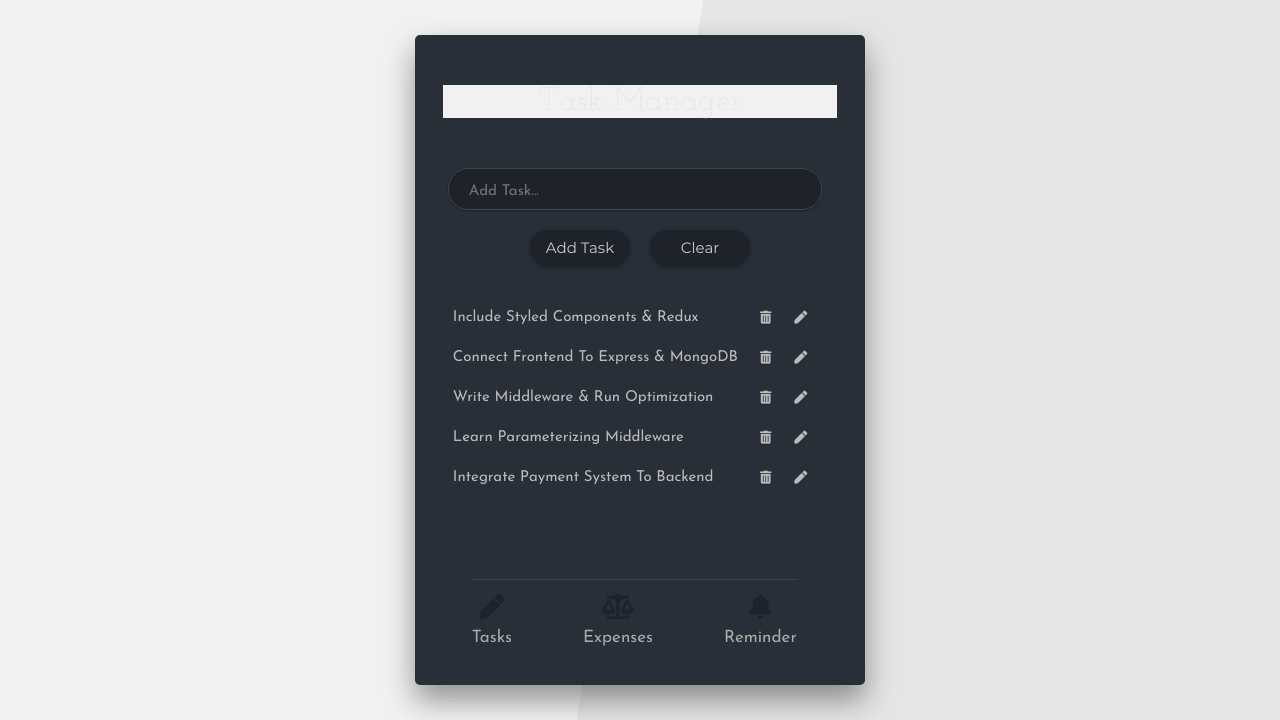
Repository: Kol124/react-task-manager
Page: /
The author's editor kept a copy of each file at every save. The page is drawn from the files as they stood at one save, then again after the next save.
The browser window is 1280 px wide. The pictures show the whole page.
The project was rebuilt for these pictures with package versions that can differ from the ones it lists, and the page was loaded fresh each time. Also part of the build but not shown: src/components/Expenses/Expenses.js, src/components/Reminder/Reminder.js.

Above is the page before, as saved 2021-06-24 16:42:38.

### public/index.html
<!DOCTYPE html>
<html lang="en">
  <head>
    <meta charset="utf-8" />
    <link rel="icon" href="%PUBLIC_URL%/favicon.ico" />
    <meta name="viewport" content="width=device-width, initial-scale=1" />
    <meta name="theme-color" content="#000000" />
    <meta
      name="description"
      content="Web site created using create-react-app"
    />
    <link rel="apple-touch-icon" href="%PUBLIC_URL%/logo192.png" />
    <!--
      manifest.json provides metadata used when your web app is installed on a
      user's mobile device or desktop. See https://developers.google.com/web/fundamentals/web-app-manifest/
    -->
    <link rel="manifest" href="%PUBLIC_URL%/manifest.json" />
    <!--
      Notice the use of %PUBLIC_URL% in the tags above.
      It will be replaced with the URL of the `public` folder during the build.
      Only files inside the `public` folder can be referenced from the HTML.

      Unlike "/favicon.ico" or "favicon.ico", "%PUBLIC_URL%/favicon.ico" will
      work correctly both with client-side routing and a non-root public URL.
      Learn how to configure a non-root public URL by running `npm run build`.
    -->
    <link rel="stylesheet" href="all.min.css" />
    <title>React App</title>
  </head>
  <body>
    <noscript>You need to enable JavaScript to run this app.</noscript>
    <div id="root"></div>
    <!--
      This HTML file is a template.
      If you open it directly in the browser, you will see an empty page.

      You can add webfonts, meta tags, or analytics to this file.
      The build step will place the bundled scripts into the <body> tag.

      To begin the development, run `npm start` or `yarn start`.
      To create a production bundle, use `npm run build` or `yarn build`.
    -->
  </body>
</html>

### src/App.js
import "./App.css";
import React, { useContext } from "react";
import { BrowserRouter as Router, Switch, Route } from "react-router-dom";
import Header from "./components/Header";
import TaskForm from "./components/TaskForm";
import TaskList from "./components/TaskList";
import TaskContextProvider from "./context/TaskContext";
import ThemeContextProvider from "./context/ThemeContext";
// import { ThemeContext } from "./context/ThemeContext";
import Expenses from "./components/expenses/Expenses";
import Reminder from "./components/reminder/Reminder";
import Footer from "./components/Footer";

function App() {
  return (
    <Router>
      <ThemeContextProvider>
        <TaskContextProvider>
          <div className="container">
            <div className="app-wrapper">
              <Header />
              <Switch>
                <Route exact path="/">
                  <div className="main">
                    <TaskForm />
                    <TaskList />
                  </div>
                </Route>

                <Route path="/expenses">
                  <Expenses />
                </Route>

                <Route path="/reminder">
                  <Reminder />
                </Route>
              </Switch>
              <Footer />
            </div>
          </div>
        </TaskContextProvider>
      </ThemeContextProvider>
    </Router>
  );
}

export default App;

### src/App.css
@import url("fonts.css");

* {
  margin: 0;
  padding: 0;
  box-sizing: inherit;
}

html {
  box-sizing: border-box;
  font-size: 62.5%;
}

.container {
  width: 100%;
  height: 100vh;
  display: flex;
  align-items: center;
  justify-content: center;
  background: linear-gradient(100deg, #f1f1f1 50%, #e5e5e5 0);
}

.app-wrapper {
  background-color: #292f38;
  padding: 2.5rem 2.8rem;
  position: relative;
  width: 45rem;
  height: 65rem;
  border-radius: 5px;
  box-shadow: 0 15px 30px rgba(0, 0, 0, 0.4);
}

.header .main-header {
  font-family: "Josefin Slab", serif;
  text-align: center;
  font-size: 3.3rem;
  color: #e5e5e5;
  font-weight: 300;
  margin: 2.5rem 2rem 5rem 2rem;
}

.main {
  display: flex;
  flex-direction: column;
  align-items: space-between;
  margin-bottom: 3.5rem;
  width: 100%;
}

.form {
  display: flex;
  align-items: center;
  margin-bottom: 1.5rem;
  flex-direction: column;
  justify-content: center;
}

.task-input {
  font-family: "Josefin Sans", serif;
  padding: 1.5rem 1rem 1rem 2rem;
  margin: 0 1rem 1rem 0;
  color: #ccc;
  width: 95%;
  outline: none;
  font-size: 1.5rem;
  border-radius: 20px;
  border: 1px solid #444;
  background-color: #1d222b;
  box-shadow: 0 1px 2px rgba(0, 0, 0, 0.3);
}

@media only screen and (max-width: 450px) {
  html {
    font-size: 50%;
  }
}

.buttons {
  display: flex;
}

.btn {
  margin: 1rem;
}

.add-task-btn {
  width: 10rem;
  height: 3.5rem;
  background-color: #1d222b;
  color: #ccc;
  border: none;
  font-family: "Montserrat", sans-serif;
  font-size: 1.5rem;
  border-radius: 2rem;
  box-shadow: 0 2px 5px rgba(0, 0, 0, 0.3);
  outline: none;
  cursor: pointer;
}

.list {
  width: 95%;
  margin: 0 auto;
  max-height: 28rem;
  overflow: hidden;
  overflow-y: auto;
}

/* width */
::-webkit-scrollbar {
  width: 6px;
}

/* Track */
::-webkit-scrollbar-track {
  border-radius: 10px;
  background-color: #aaa;
}

/* Handle */
::-webkit-scrollbar-thumb {
  background: #444;
  border-radius: 10px;
}

.list-item {
  display: flex;
  margin: 2rem 0;
  padding-bottom: 0.5rem;
  justify-content: space-between;
}

.list-item span {
  font-family: "Josefin Sans", sans-serif;
  color: #bbb;
  font-size: 1.5rem;
  text-transform: capitalize;
}

.task-btn {
  cursor: pointer;
  background-color: transparent;
  border: none;
  outline: none;
}

.btn-delete i {
  font-size: 1.3rem;
  color: #bbb;
  margin-right: 2rem;
}

.btn-edit i {
  font-size: 1.3rem;
  color: #bbb;
  margin-right: 2rem;
}

.clear-btn {
  width: 10rem;
  height: 3.5rem;
  background-color: #1d222b;
  color: #ccc;
  border: none;
  font-family: "Montserrat", sans-serif;
  font-size: 1.5rem;
  border-radius: 2rem;
  box-shadow: 0 2px 5px rgba(0, 0, 0, 0.3);
  outline: none;
  cursor: pointer;
}

.no-tasks {
  color: #777;
  text-align: center;
  font-family: "Montserrat", sans-serif;
  margin-top: 2.5rem;
  font-size: 2rem;
}

footer {
  position: absolute;
  width: 85%;
  bottom: 6%;
}

footer .nav {
  display: flex;
  align-items: center;
  justify-content: space-between;
  border-top: 1px solid #444;
  padding-top: 1.4rem;
  list-style: none;
  margin: 0 auto;
  width: 85%;
}

.nav li {
  font-family: "Josefin Sans", sans-serif;
  /* font-size: 2rem; */
  text-align: center;
}

.nav li a {
  text-decoration: none;
}

.nav li i {
  font-size: 2.5rem;
  color: #1d222b;
  transition: all ease 0.3s;
}

.nav li i:hover {
  color: #182741;
}

.nav li i:active {
  color: #182741;
}

.nav li p {
  text-decoration: none;
  font-size: 1.7rem;
  color: #aaa;
  margin-top: 1rem;
}

### src/components/Header.js
import React, { useContext } from "react";
import { ThemeContext } from "../context/ThemeContext";

const Header = () => {
  const { isLightTheme, light, dark } = useContext(ThemeContext);
  const theme = isLightTheme ? light : dark;

  return (
    <div className="header" style={{ background: theme.bg, color: theme.font }}>
      <h1 className="main-header">Task Manager</h1>
    </div>
  );
};

export default Header;

### src/components/TaskForm.js
import React, { useState, useContext, useEffect } from "react";
import { TaskContext } from "../context/TaskContext";

export default function TaskForm() {
  const { editItem, setEditItem, dispatch } = useContext(TaskContext);
  const [title, setTitle] = useState("");

  const handleSubmit = (e) => {
    e.preventDefault();
    if (editItem !== null) {
      dispatch({
        type: "EDIT_TASK",
        task: {
          title,
          id: editItem.id,
        },
      });
      setEditItem(null);
    } else {
      dispatch({
        type: "ADD_TASK",
        task: {
          title,
        },
      });
    }

    setTitle("");
  };

  useEffect(() => {
    if (editItem !== null) {
      setTitle(editItem.title);
      console.log(editItem);
    } else {
      setTitle("");
    }
  }, [editItem]);

  return (
    <form onSubmit={handleSubmit} className="form">
      <input
        type="text"
        placeholder="Add Task..."
        value={title}
        onChange={(e) => setTitle(e.target.value)}
        required
        className="task-input"
      />
      <div className="buttons">
        <button type="submit" className="btn add-task-btn">
          {editItem ? "Edit Task" : "Add Task"}
        </button>
        <button
          className="btn clear-btn"
          onClick={() => dispatch({ type: "CLEAR_TASK" })}
        >
          Clear
        </button>
      </div>
    </form>
  );
}

### src/components/TaskList.js
import React, { useContext } from "react";
import { TaskContext } from "../context/TaskContext";
import Task from "./Task";

export default function TaskList() {
  const { tasks } = useContext(TaskContext);

  return (
    <div>
      {tasks.length ? (
        <ul className="list">
          {tasks.map((task) => {
            return <Task task={task} key={task.id} />;
          })}
        </ul>
      ) : (
        <div className="no-tasks">No Tasks</div>
      )}
    </div>
  );
}

### src/context/TaskContext.js
import React, { createContext, useState, useReducer, useEffect } from "react";
import TaskReducer from "../reducer/TaskReducer";

export const TaskContext = createContext();

export default function TaskContextProvider(props) {
  const [tasks, dispatch] = useReducer(TaskReducer, [
    { title: "Include styled components & redux", id: 1 },
    { title: "Connect frontend to express & mongoDB", id: 2 },
    { title: "Write middleware & run optimization", id: 3 },
    { title: "Learn parameterizing middleware", id: 4 },
    { title: "Integrate payment system to backend", id: 5 },
  ]);
  const [editItem, setEditItem] = useState(null);

  const findItem = (id) => {
    const item = tasks.find((task) => task.id === id);
    setEditItem(item);
  };

  useEffect(() => {
    console.log(tasks);
  });

  return (
    <TaskContext.Provider
      value={{ tasks, editItem, setEditItem, findItem, dispatch }}
    >
      {props.children}
    </TaskContext.Provider>
  );
}

### src/context/ThemeContext.js
import React, { Component, createContext } from "react";

export const ThemeContext = createContext();

export default class ThemeContextProvider extends Component {
  state = {
    isLightTheme: true,
    light: { font: "#292f38", accent: "#e5e5e5", bg: "#f1f1f1" },
    dark: { font: "#f1f1f1", accent: "#1d222b", bg: "#292f38" },
  };

  toggleTheme = () => {
    this.setState({ isLightTheme: !this.state.isLightTheme });
  };

  render() {
    return (
      <div>
        <ThemeContext.Provider
          value={{ ...this.state, toggleTheme: this.toggleTheme }}
        >
          {this.props.children}
        </ThemeContext.Provider>
      </div>
    );
  }
}

### src/components/Footer.js
import React from "react";
import { Link } from "react-router-dom";

export default function Footer() {
  return (
    <footer>
      <ul className="nav">
        <li>
          <Link to="/">
            <i className="fa fa-pen"></i>
            <p>Tasks</p>
          </Link>
        </li>

        <li>
          <Link to="/Expenses">
            <i className="fa fa-balance-scale"></i>
            <p>Expenses</p>
          </Link>
        </li>

        <li>
          <Link to="/Reminder">
            <i className="fa fa-bell"></i>
            <p>Reminder</p>
          </Link>
        </li>
      </ul>
    </footer>
  );
}

### src/fonts.css
/* josefin-sans-300 - latin */
@font-face {
  font-family: "Josefin Sans";
  font-style: normal;
  font-weight: 300;
  src: url("./fonts/josefin-sans-v17-latin-300.eot"); /* IE9 Compat Modes */
  src: local(""),
    url("./fonts/josefin-sans-v17-latin-300.eot?#iefix")
      format("embedded-opentype"),
    /* IE6-IE8 */ url("./fonts/josefin-sans-v17-latin-300.woff2")
      format("woff2"),
    /* Super Modern Browsers */ url("./fonts/josefin-sans-v17-latin-300.woff")
      format("woff"),
    /* Modern Browsers */ url("./fonts/josefin-sans-v17-latin-300.ttf")
      format("truetype"),
    /* Safari, Android, iOS */
      url("./fonts/josefin-sans-v17-latin-300.svg#JosefinSans") format("svg"); /* Legacy iOS */
}
/* josefin-sans-regular - latin */
@font-face {
  font-family: "Josefin Sans";
  font-style: normal;
  font-weight: 400;
  src: url("./fonts/josefin-sans-v17-latin-regular.eot"); /* IE9 Compat Modes */
  src: local(""),
    url("./fonts/josefin-sans-v17-latin-regular.eot?#iefix")
      format("embedded-opentype"),
    /* IE6-IE8 */ url("./fonts/josefin-sans-v17-latin-regular.woff2")
      format("woff2"),
    /* Super Modern Browsers */
      url("./fonts/josefin-sans-v17-latin-regular.woff") format("woff"),
    /* Modern Browsers */ url("./fonts/josefin-sans-v17-latin-regular.ttf")
      format("truetype"),
    /* Safari, Android, iOS */
      url("./fonts/josefin-sans-v17-latin-regular.svg#JosefinSans")
      format("svg"); /* Legacy iOS */
}
/* josefin-sans-600 - latin */
@font-face {
  font-family: "Josefin Sans";
  font-style: normal;
  font-weight: 600;
  src: url("./fonts/josefin-sans-v17-latin-600.eot"); /* IE9 Compat Modes */
  src: local(""),
    url("./fonts/josefin-sans-v17-latin-600.eot?#iefix")
      format("embedded-opentype"),
    /* IE6-IE8 */ url("./fonts/josefin-sans-v17-latin-600.woff2")
      format("woff2"),
    /* Super Modern Browsers */ url("./fonts/josefin-sans-v17-latin-600.woff")
      format("woff"),
    /* Modern Browsers */ url("./fonts/josefin-sans-v17-latin-600.ttf")
      format("truetype"),
    /* Safari, Android, iOS */
      url("./fonts/josefin-sans-v17-latin-600.svg#JosefinSans") format("svg"); /* Legacy iOS */
}
/* josefin-sans-700 - latin */
@font-face {
  font-family: "Josefin Sans";
  font-style: normal;
  font-weight: 700;
  src: url("./fonts/josefin-sans-v17-latin-700.eot"); /* IE9 Compat Modes */
  src: local(""),
    url("./fonts/josefin-sans-v17-latin-700.eot?#iefix")
      format("embedded-opentype"),
    /* IE6-IE8 */ url("./fonts/josefin-sans-v17-latin-700.woff2")
      format("woff2"),
    /* Super Modern Browsers */ url("./fonts/josefin-sans-v17-latin-700.woff")
      format("woff"),
    /* Modern Browsers */ url("./fonts/josefin-sans-v17-latin-700.ttf")
      format("truetype"),
    /* Safari, Android, iOS */
      url("./fonts/josefin-sans-v17-latin-700.svg#JosefinSans") format("svg"); /* Legacy iOS */
}

/* josefin-slab-300 - latin */
@font-face {
  font-family: "Josefin Slab";
  font-style: normal;
  font-weight: 300;
  src: url("./fonts/josefin-slab-v13-latin-300.eot"); /* IE9 Compat Modes */
  src: local(""),
    url("./fonts/josefin-slab-v13-latin-300.eot?#iefix")
      format("embedded-opentype"),
    /* IE6-IE8 */ url("./fonts/josefin-slab-v13-latin-300.woff2")
      format("woff2"),
    /* Super Modern Browsers */ url("./fonts/josefin-slab-v13-latin-300.woff")
      format("woff"),
    /* Modern Browsers */ url("./fonts/josefin-slab-v13-latin-300.ttf")
      format("truetype"),
    /* Safari, Android, iOS */
      url("./fonts/josefin-slab-v13-latin-300.svg#JosefinSlab") format("svg"); /* Legacy iOS */
}
/* josefin-slab-regular - latin */
@font-face {
  font-family: "Josefin Slab";
  font-style: normal;
  font-weight: 400;
  src: url("./fonts/josefin-slab-v13-latin-regular.eot"); /* IE9 Compat Modes */
  src: local(""),
    url("./fonts/josefin-slab-v13-latin-regular.eot?#iefix")
      format("embedded-opentype"),
    /* IE6-IE8 */ url("./fonts/josefin-slab-v13-latin-regular.woff2")
      format("woff2"),
    /* Super Modern Browsers */
      url("./fonts/josefin-slab-v13-latin-regular.woff") format("woff"),
    /* Modern Browsers */ url("./fonts/josefin-slab-v13-latin-regular.ttf")
      format("truetype"),
    /* Safari, Android, iOS */
      url("./fonts/josefin-slab-v13-latin-regular.svg#JosefinSlab")
      format("svg"); /* Legacy iOS */
}
/* josefin-slab-600 - latin */
@font-face {
  font-family: "Josefin Slab";
  font-style: normal;
  font-weight: 600;
  src: url("./fonts/josefin-slab-v13-latin-600.eot"); /* IE9 Compat Modes */
  src: local(""),
    url("./fonts/josefin-slab-v13-latin-600.eot?#iefix")
      format("embedded-opentype"),
    /* IE6-IE8 */ url("./fonts/josefin-slab-v13-latin-600.woff2")
      format("woff2"),
    /* Super Modern Browsers */ url("./fonts/josefin-slab-v13-latin-600.woff")
      format("woff"),
    /* Modern Browsers */ url("./fonts/josefin-slab-v13-latin-600.ttf")
      format("truetype"),
    /* Safari, Android, iOS */
      url("./fonts/josefin-slab-v13-latin-600.svg#JosefinSlab") format("svg"); /* Legacy iOS */
}
/* josefin-slab-700 - latin */
@font-face {
  font-family: "Josefin Slab";
  font-style: normal;
  font-weight: 700;
  src: url("./fonts/josefin-slab-v13-latin-700.eot"); /* IE9 Compat Modes */
  src: local(""),
    url("./fonts/josefin-slab-v13-latin-700.eot?#iefix")
      format("embedded-opentype"),
    /* IE6-IE8 */ url("./fonts/josefin-slab-v13-latin-700.woff2")
      format("woff2"),
    /* Super Modern Browsers */ url("./fonts/josefin-slab-v13-latin-700.woff")
      format("woff"),
    /* Modern Browsers */ url("./fonts/josefin-slab-v13-latin-700.ttf")
      format("truetype"),
    /* Safari, Android, iOS */
      url("./fonts/josefin-slab-v13-latin-700.svg#JosefinSlab") format("svg"); /* Legacy iOS */
}

/* montserrat-300 - latin */
@font-face {
  font-family: "Montserrat";
  font-style: normal;
  font-weight: 300;
  src: url("./fonts/montserrat-v15-latin-300.eot"); /* IE9 Compat Modes */
  src: local(""),
    url("./fonts/montserrat-v15-latin-300.eot?#iefix")
      format("embedded-opentype"),
    /* IE6-IE8 */ url("./fonts/montserrat-v15-latin-300.woff2") format("woff2"),
    /* Super Modern Browsers */ url("./fonts/montserrat-v15-latin-300.woff")
      format("woff"),
    /* Modern Browsers */ url("./fonts/montserrat-v15-latin-300.ttf")
      format("truetype"),
    /* Safari, Android, iOS */
      url("./fonts/montserrat-v15-latin-300.svg#Montserrat") format("svg"); /* Legacy iOS */
}
/* montserrat-regular - latin */
@font-face {
  font-family: "Montserrat";
  font-style: normal;
  font-weight: 400;
  src: url("./fonts/montserrat-v15-latin-regular.eot"); /* IE9 Compat Modes */
  src: local(""),
    url("./fonts/montserrat-v15-latin-regular.eot?#iefix")
      format("embedded-opentype"),
    /* IE6-IE8 */ url("./fonts/montserrat-v15-latin-regular.woff2")
      format("woff2"),
    /* Super Modern Browsers */ url("./fonts/montserrat-v15-latin-regular.woff")
      format("woff"),
    /* Modern Browsers */ url("./fonts/montserrat-v15-latin-regular.ttf")
      format("truetype"),
    /* Safari, Android, iOS */
      url("./fonts/montserrat-v15-latin-regular.svg#Montserrat") format("svg"); /* Legacy iOS */
}
/* montserrat-500 - latin */
@font-face {
  font-family: "Montserrat";
  font-style: normal;
  font-weight: 500;
  src: url("./fonts/montserrat-v15-latin-500.eot"); /* IE9 Compat Modes */
  src: local(""),
    url("./fonts/montserrat-v15-latin-500.eot?#iefix")
      format("embedded-opentype"),
    /* IE6-IE8 */ url("./fonts/montserrat-v15-latin-500.woff2") format("woff2"),
    /* Super Modern Browsers */ url("./fonts/montserrat-v15-latin-500.woff")
      format("woff"),
    /* Modern Browsers */ url("./fonts/montserrat-v15-latin-500.ttf")
      format("truetype"),
    /* Safari, Android, iOS */
      url("./fonts/montserrat-v15-latin-500.svg#Montserrat") format("svg"); /* Legacy iOS */
}

### src/components/Task.js
import React, { useContext } from "react";
import { TaskContext } from "../context/TaskContext";

export default function Task({ task }) {
  const { findItem, dispatch } = useContext(TaskContext);

  return (
    <li className="list-item">
      <span>{task.title}</span>
      <div>
        <button
          className="btn-delete task-btn"
          onClick={() =>
            dispatch({ type: "REMOVE_TASK", task: { id: task.id } })
          }
        >
          <i className="fas fa-trash-alt"></i>
        </button>{" "}
        <button className="btn-edit task-btn" onClick={() => findItem(task.id)}>
          <i className="fas fa-pen"></i>
        </button>
      </div>
    </li>
  );
}

### src/reducer/TaskReducer.js
export default function TaskReducer(tasks, action) {
  switch (action.type) {
    case "ADD_TASK":
      return [
        ...tasks,
        {
          title: action.task.title,
          id: Math.random().toString(),
        },
      ];

    case "REMOVE_TASK":
      return tasks.filter((task) => task.id !== action.task.id);

    case "EDIT_TASK":
      return tasks.map((task) =>
        task.id === action.task.id
          ? { title: action.task.title, id: action.task.id }
          : task
      );

    case "CLEAR_TASK":
      return [];

    default:
      return tasks;
  }
}

Loaded but not shown: src/index.js (common file); src/index.css (common file); src/reportWebVitals.js (common file); public/all.min.css (library)

After the next save:
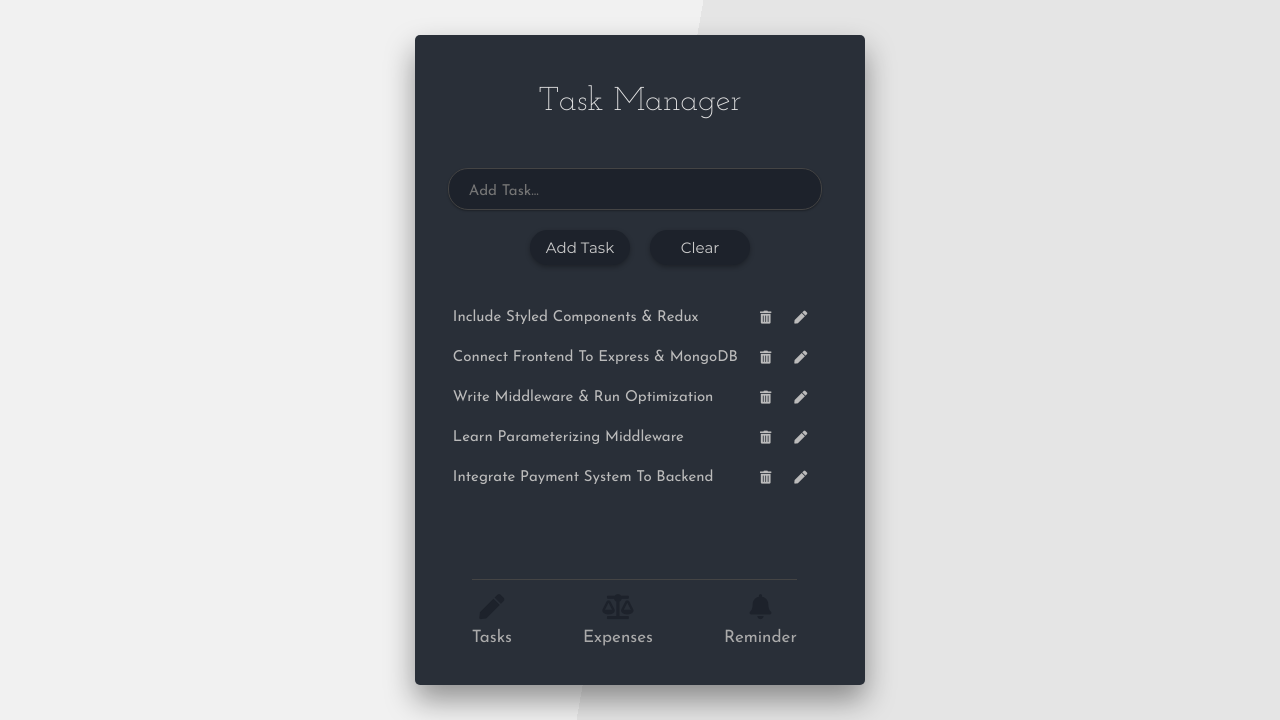
Saved 2 min 32 s later.
--- a/src/components/Header.js
+++ b/src/components/Header.js
@@ -1,12 +1,8 @@
-import React, { useContext } from "react";
-import { ThemeContext } from "../context/ThemeContext";
+import React from "react";
 
 const Header = () => {
-  const { isLightTheme, light, dark } = useContext(ThemeContext);
-  const theme = isLightTheme ? light : dark;
-
   return (
-    <div className="header" style={{ background: theme.bg, color: theme.font }}>
+    <div className="header">
       <h1 className="main-header">Task Manager</h1>
     </div>
   );
